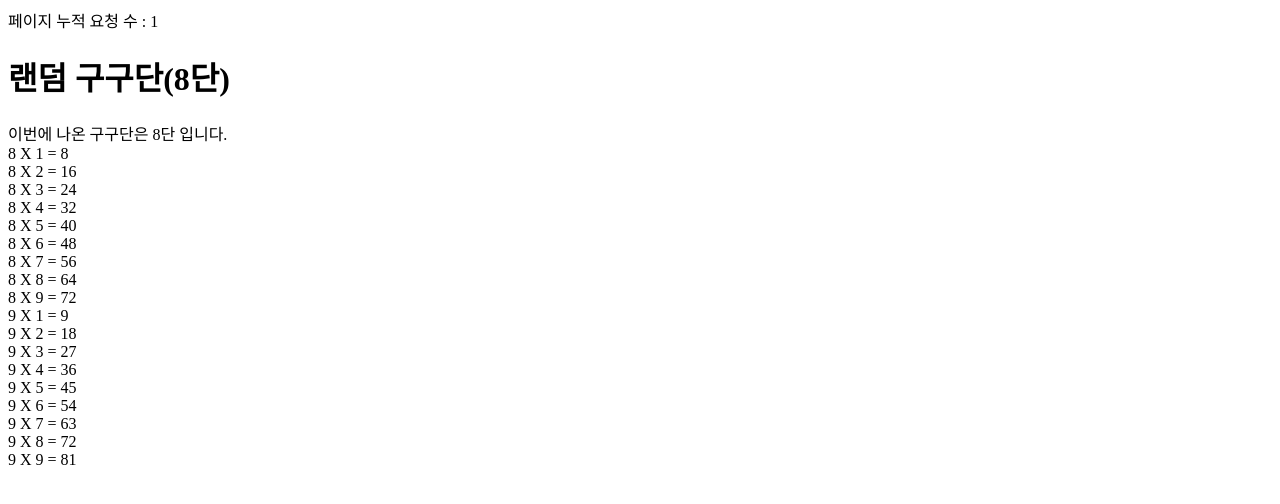
Repository: GITJIWOO/JavaBasic
Page: http://localhost/JSPBasic/Tag_quiz02.jsp
These files come from the project's save history. The page is drawn as it stood at one moment and after the next save; the edit follows.
The browser window is 1280 px wide. The pictures show the whole page.
The page is served by Tomcat 9.

Above is the page before, as saved 2021-07-29 07:51:27.

After the next save:
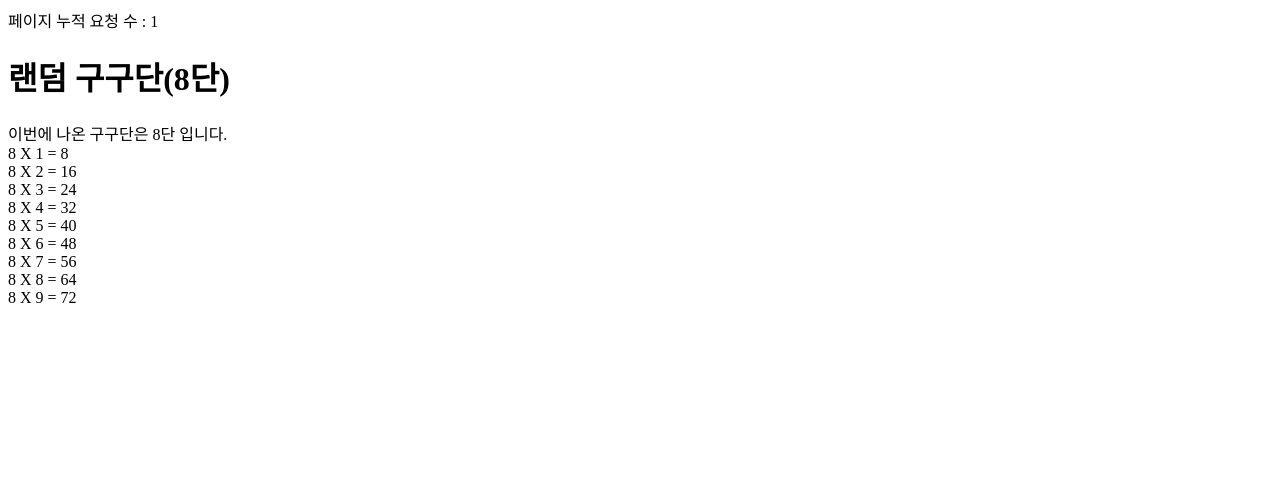
Saved 59 s later.
--- a/JSPBasic/WebContent/Tag_quiz02.jsp
+++ b/JSPBasic/WebContent/Tag_quiz02.jsp
@@ -21,7 +21,7 @@
 		out.println("<h1>랜덤 구구단(" + ranNum + "단)</h1>");
 		out.println("이번에 나온 구구단은 " + ranNum + "단 입니다.<br/>");
 
-		for(int i = ranNum; i <= 9; i++){
+		for(int i = ranNum; i == ranNum; i++){
 			for(int j = 1; j <= 9; j++){
 				out.println(i + " X " + j + " = " + (i * j) + "<br/>");
 			}
